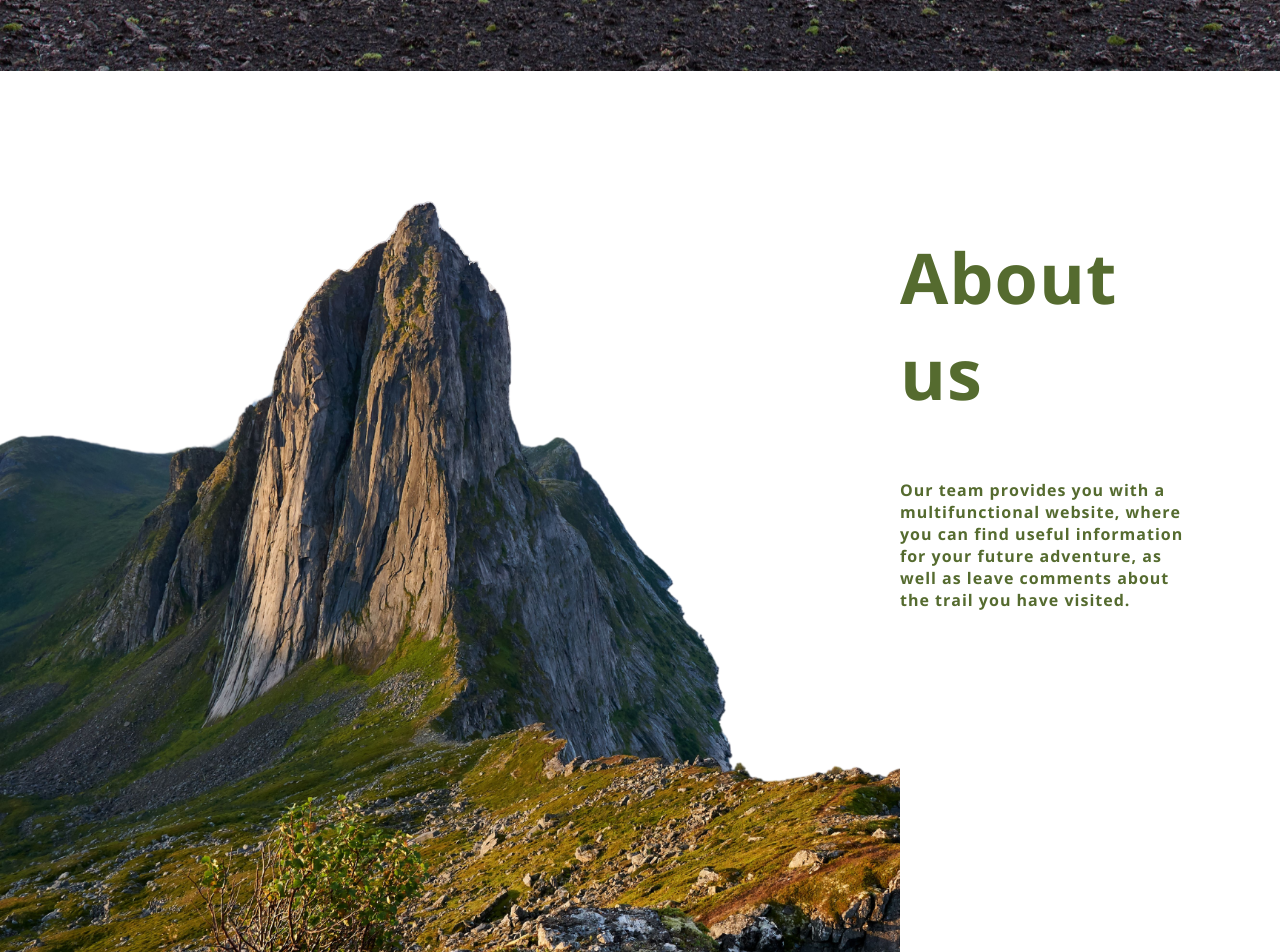
Repository: artembundin/travelrus.github.io
Page: index.html
An editor plug-in stored every save of this project. The page is shown before and after a run of saves, followed by the edit.
The browser window is 1280 px wide. The pictures show the part of the page from y = 2629 to 3581 px (the page is 4792 px tall).
A picture or video elsewhere on the page could not be fetched, so the positions and the page height are approximate. An inner scrolling area shows only its first screen. Backgrounds fixed to the window are drawn as part of the page. Some web fonts or font styles are not loaded; a fallback is used.

Above is the page before, as saved 2025-05-08 01:38:36.
Console error: TypeError: Cannot read properties of null (reading 'offsetTop')

After the next 2 saves:
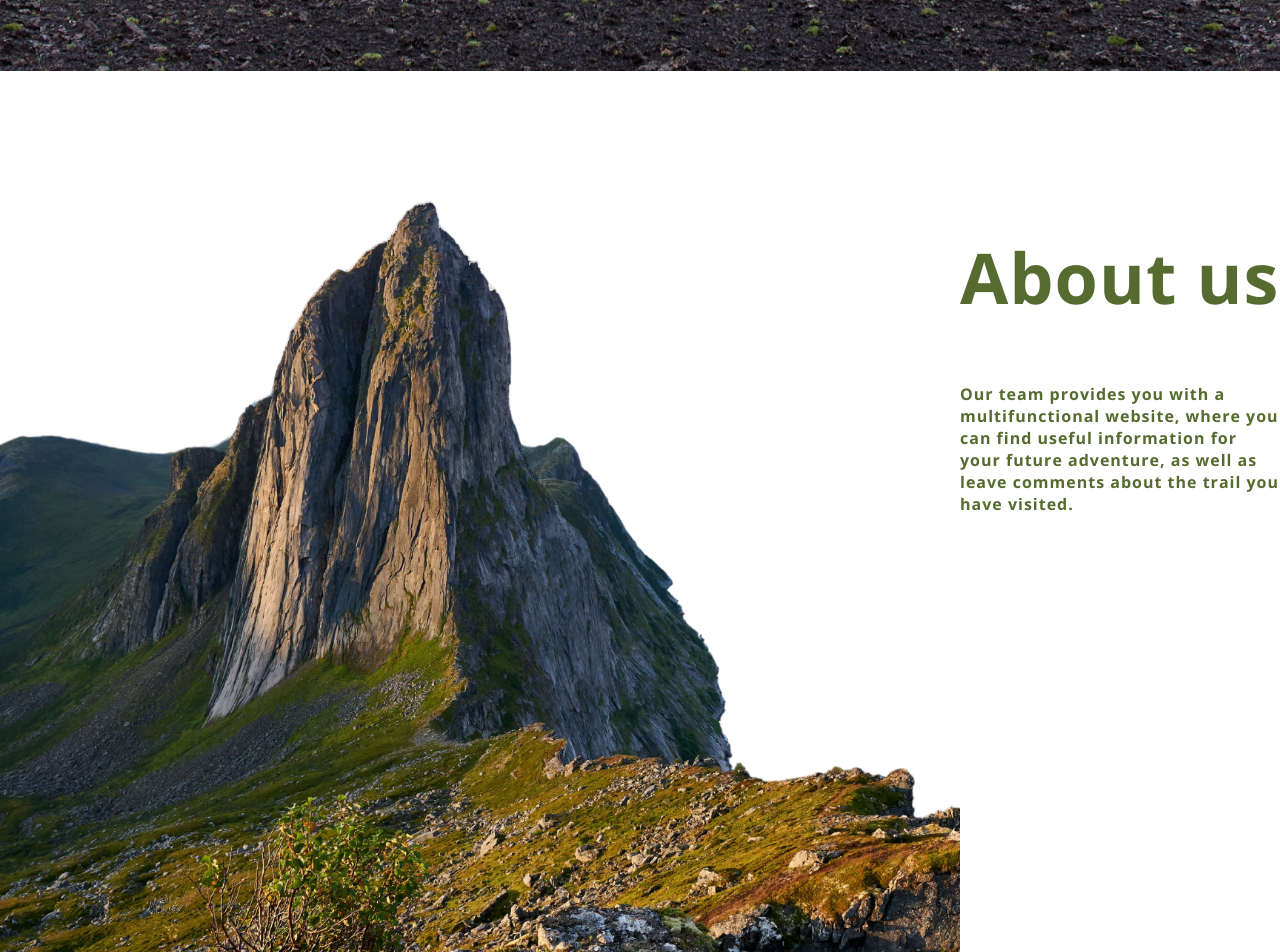
The 2 saves are shown as one change because they came seconds apart.
The last was saved 6 s later.
--- a/style.css
+++ b/style.css
@@ -394,7 +394,7 @@ a {
 
 .aboutus-container {
   display: flex;
-  max-width: 1200px;
+  max-width: 1500px;
   height: 800px;
   margin-right: auto;
   overflow-x: hidden;
